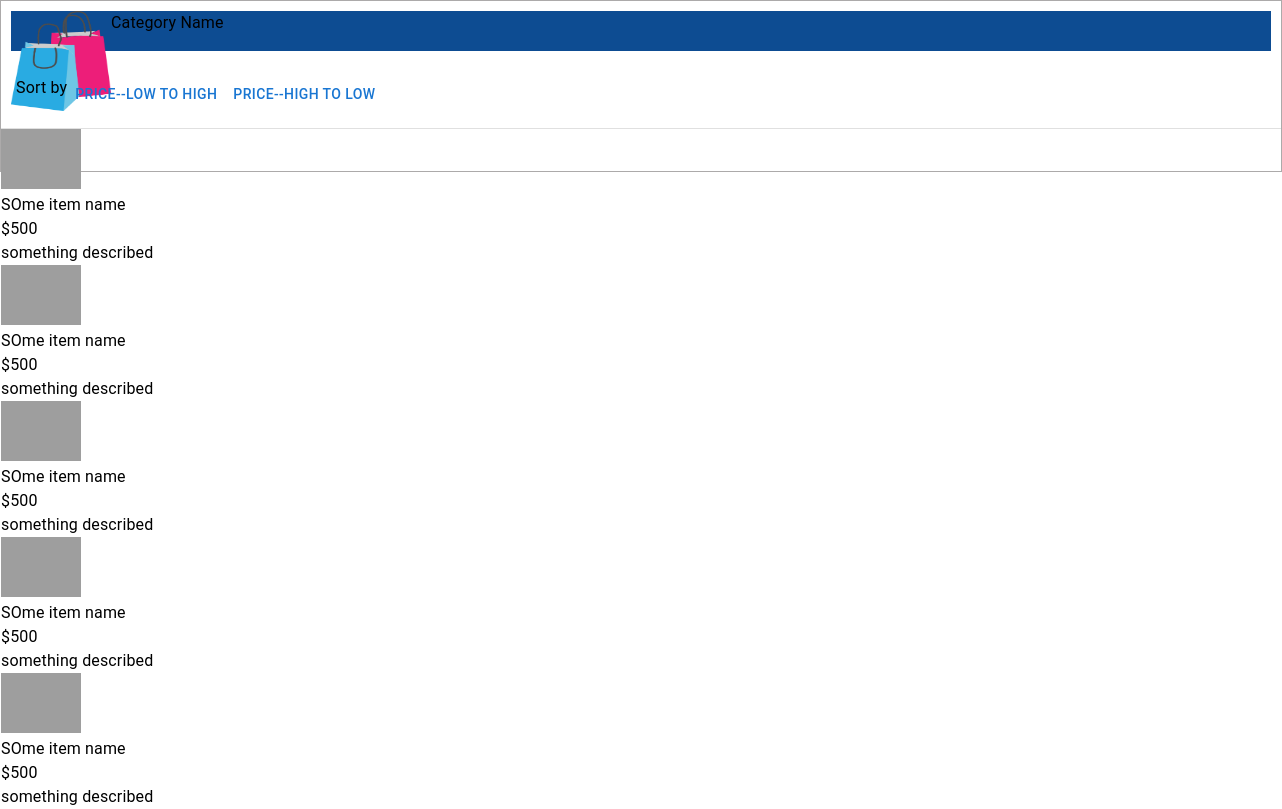
Repository: robin-fareye/reactjs-frontend-flipzone
Page: /
An editor plug-in stored every save of this project. The page is shown before and after the next save, followed by the edit.
The browser window is 1280 px wide. The page is 1282 px wide, so the pictures cover 1282 px, including what lies to the right of the window. The pictures show the whole page.
Pictures or frames that could not be fetched are drawn as grey boxes. The project was rebuilt for these pictures with package versions that can differ from the ones it lists, and the page was loaded fresh each time. Also part of the build but not shown: src/App.css, src/component/auth/Login.css, src/api/Login.js, src/component/auth/Login.js, src/component/category/Category.js, src/component/header/Header.css, src/component/header/Header.js, src/component/helper/Slide.css and 7 more.

Above is the page before, as saved 2022-11-14 19:27:59.

After the next save:
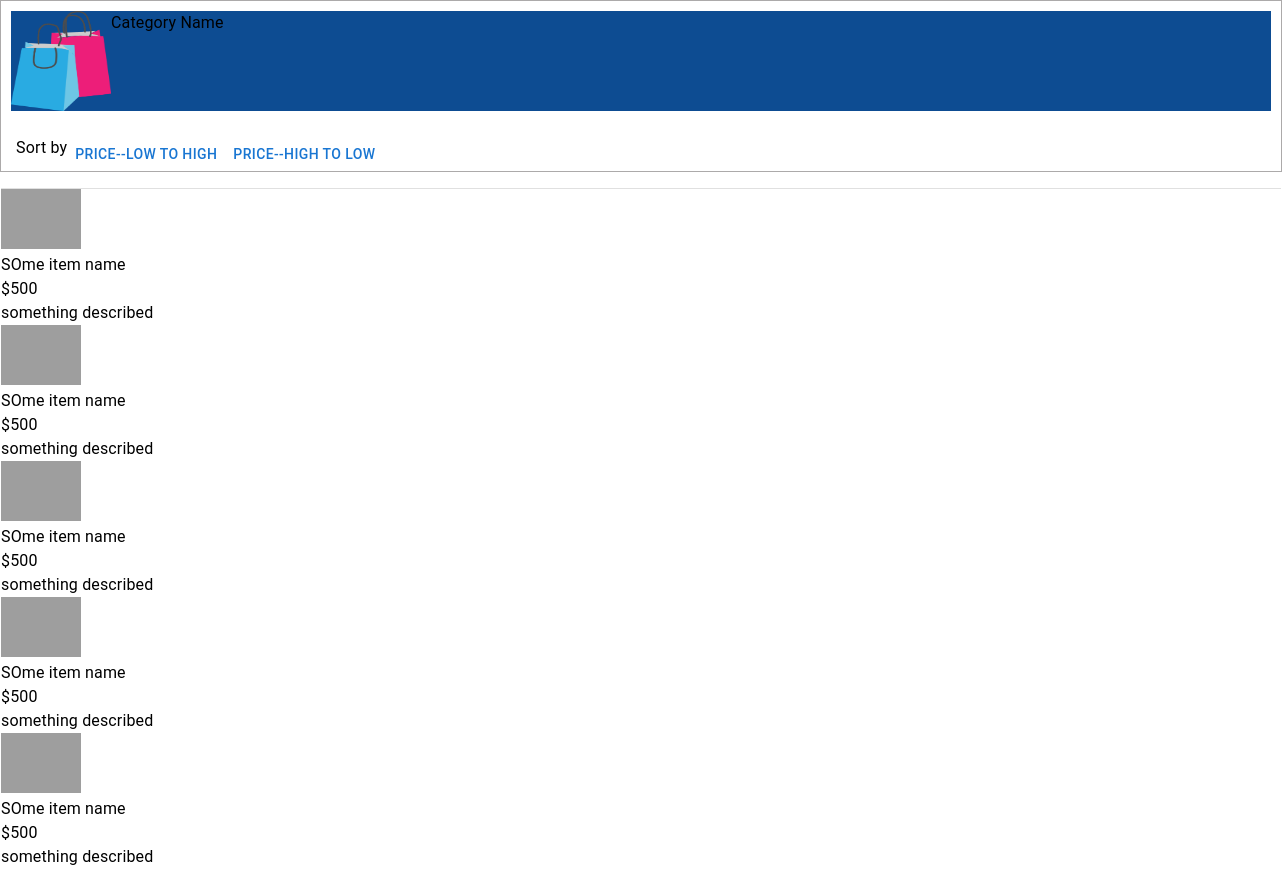
Saved 12 s later.
--- a/src/component/ProductCatalogue/ProductCatalouge.css
+++ b/src/component/ProductCatalogue/ProductCatalouge.css
@@ -19,7 +19,6 @@
     width: 100%;
 }
 .container-header{
-    height: 40px;
     background-color: #0D4C92;
     display: flex;
 }
